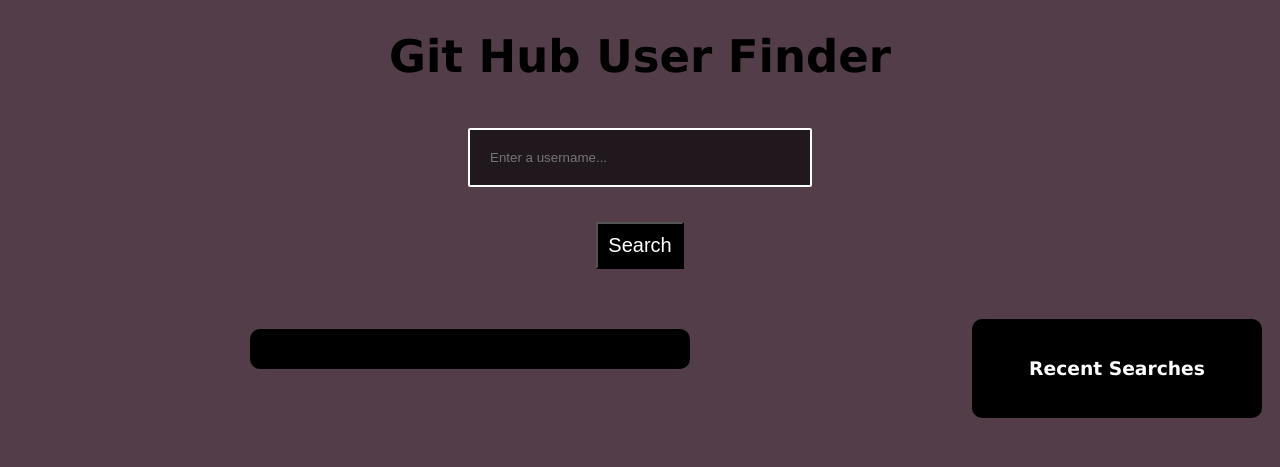
Repository: Dharshinimk-521/github-user-finder
Page: index.html
The author's editor kept a copy of each file at every save. The page is drawn from the files as they stood at one save, then again after the next save.
The browser window is 1280 px wide. The pictures show the whole page.
Some web fonts or font styles are not loaded; a fallback is used.

Above is the page before, as saved 2026-04-13 22:00:27.

After the next save:
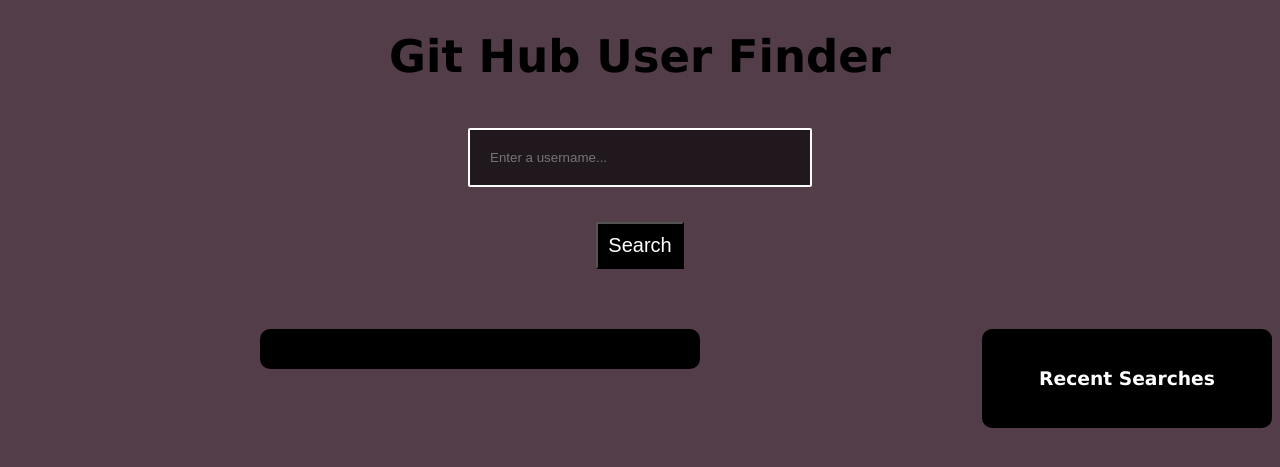
Saved 13 s later.
--- a/style.css
+++ b/style.css
@@ -79,7 +79,7 @@ body{
     margin-top: 20px;
 }
 .recent-box {
-    margin:10px;
+    margin-top:20px;
     background-color: black;
     color: white;
     padding: 20px;
